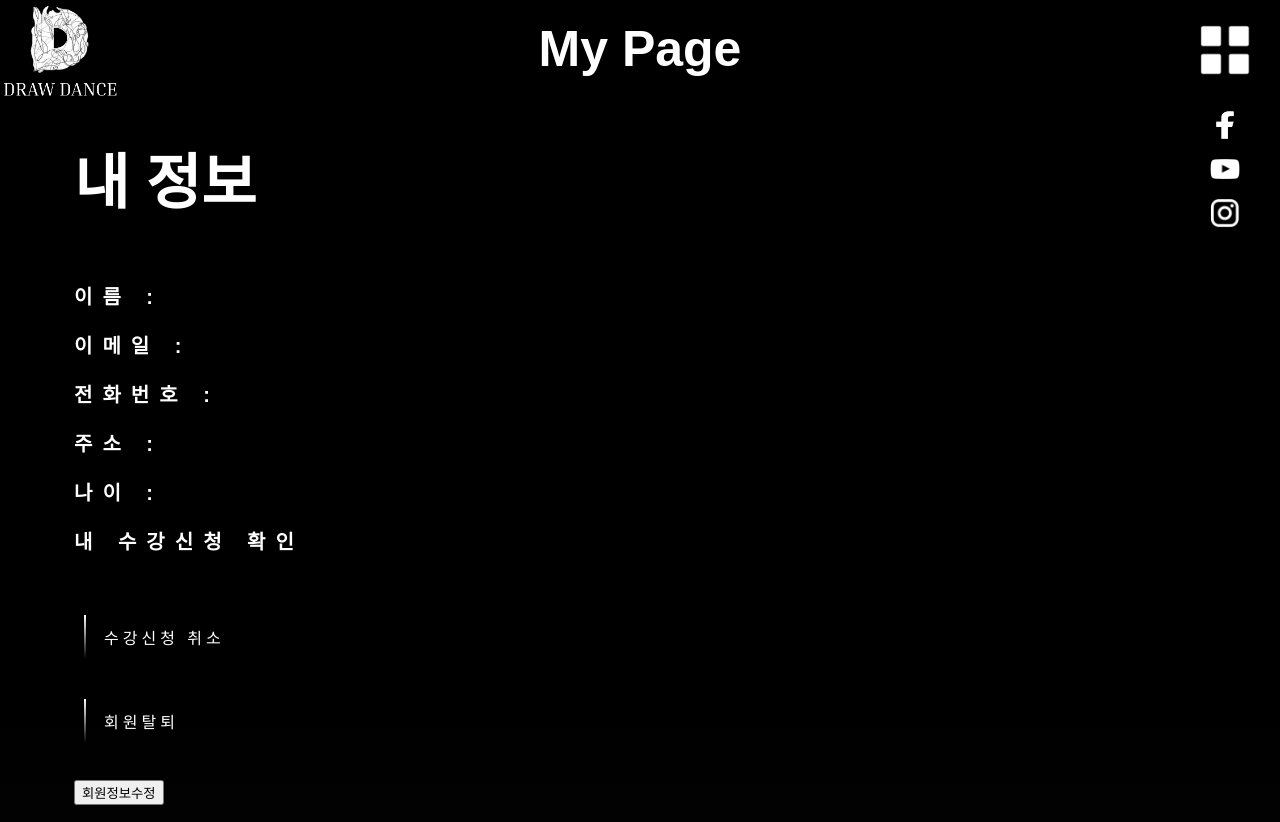
Repository: seonghun9906/semiProject
Page: http://localhost/drawAcademy/WEB-INF/views/member/mypage.jsp
These files come from the project's save history. The page is drawn as it stood at one moment and after the next save; the edit follows.
The browser window is 1280 px wide. The pictures show the whole page.
The page is served by Tomcat 9. Nobody is signed in. The template is opened directly, without the code that normally fills it, so the values that code supplies are empty.

Above is the page before, as saved 2024-02-26 06:21:37.

After the next save:
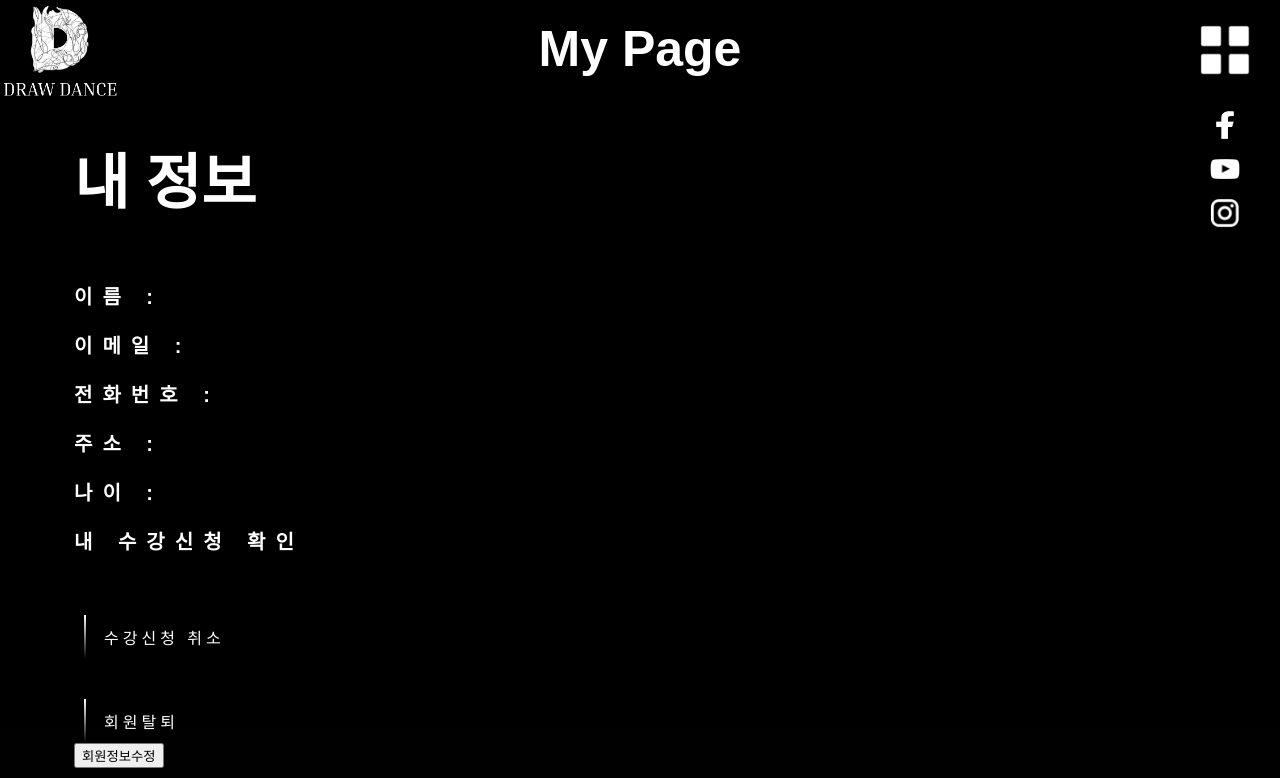
Saved 58 s later.
--- a/drawAcademy/src/main/webapp/WEB-INF/views/member/mypage.jsp
+++ b/drawAcademy/src/main/webapp/WEB-INF/views/member/mypage.jsp
@@ -40,7 +40,7 @@
   				</ul>
 			</form>
 
-
+		<div class = "btn-con">
        	<div class="classCancle">
   		<form action="classCancle" method="get">
   		<button type ="submit">
@@ -75,7 +75,7 @@
     		<span></span>
     		회원정보수정</button>
     	</div>
-
+    	</div>
 
 
 

After the 3 saves that followed:
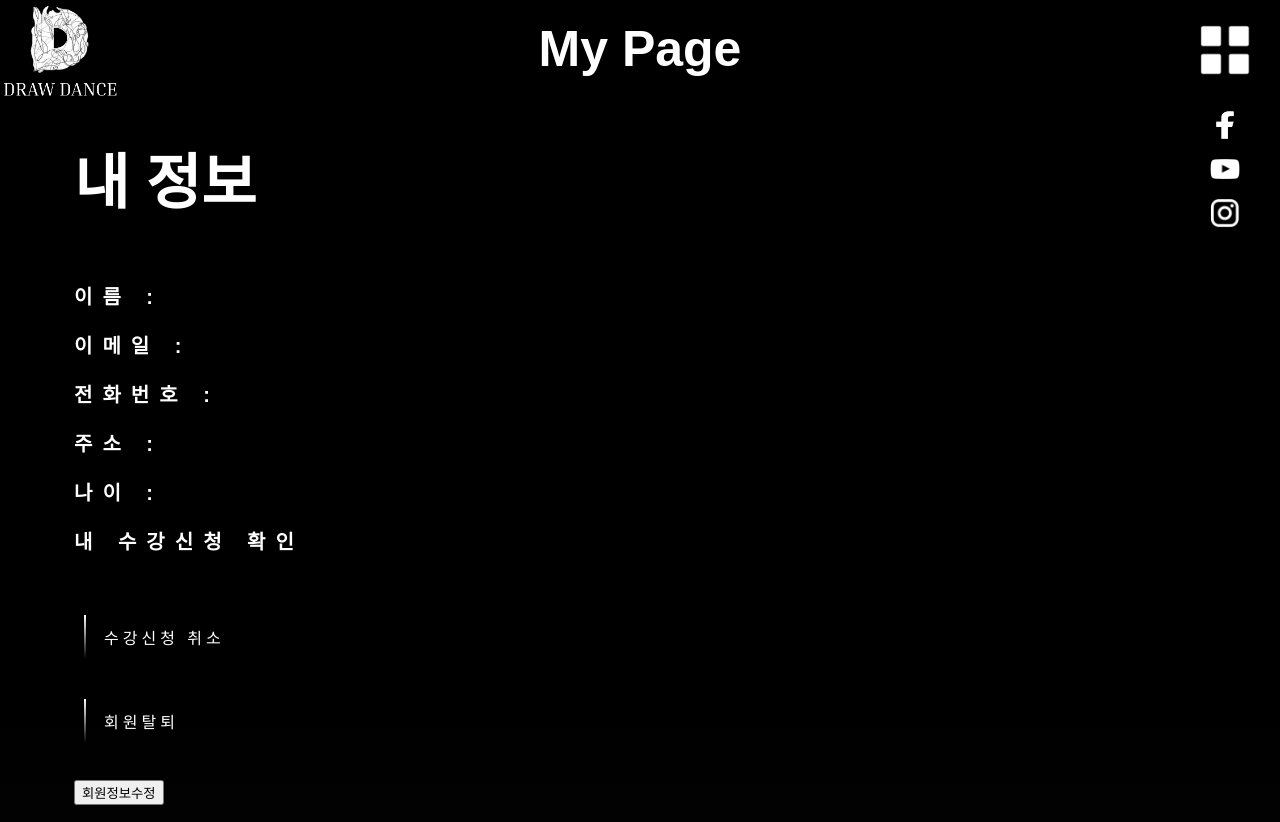
The 3 saves are shown as one change because 1 left the picture as it was and some came seconds apart.
The last was saved 2 min 41 s later.
--- a/drawAcademy/src/main/webapp/WEB-INF/views/member/mypage.jsp
+++ b/drawAcademy/src/main/webapp/WEB-INF/views/member/mypage.jsp
@@ -39,8 +39,10 @@
   					</c:forEach>
   				</ul>
 			</form>
-
-		<div class = "btn-con">
+			</div>
+
+
+	<div class = "btn-con">
        	<div class="classCancle">
   		<form action="classCancle" method="get">
   		<button type ="submit">
@@ -52,7 +54,7 @@
   		</button>
     	</form>
     	</div>
-    </div>
+
 
 
     	<div class="classCancle">
@@ -75,7 +77,9 @@
     		<span></span>
     		회원정보수정</button>
     	</div>
-    	</div>
+
+    </div>
+
 
 
 
